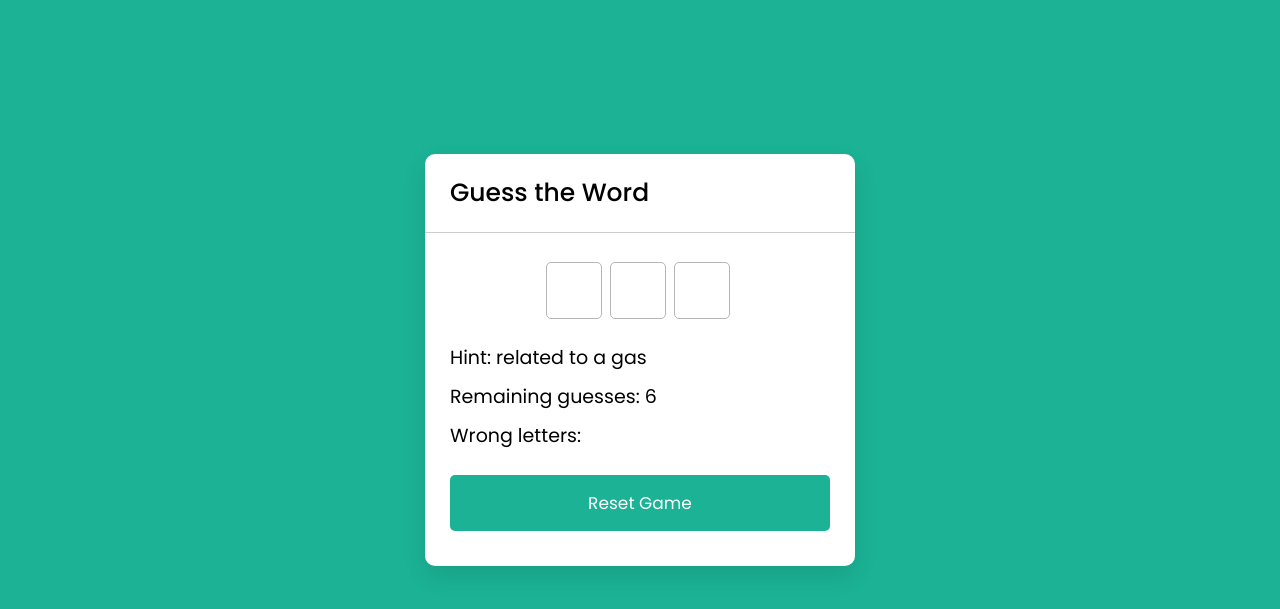
Repository: sumitkumargarssa/Word-Guessing-Game
Page: index.html
An editor plug-in stored every save of this project. The page is shown before and after the next save, followed by the edit.
The browser window is 1280 px wide. The pictures show the whole page.

Above is the page before, as saved 2024-03-13 21:10:47.

### index.html
<!DOCTYPE html>
<!-- Coding By CodingNepal - youtube.com/codingnepal -->
<html lang="en" dir="ltr">
  <head>
    <meta charset="utf-8">
    <title>Word Guessing Game JavaScript</title>
    <link rel="stylesheet" href="style.css">
    <meta name="viewport" content="width=device-width, initial-scale=1.0">
  </head>
  <body>
    <div class="wrapper">
      <h1>Guess the Word</h1>
      <div class="content">
        <input type="text" class="typing-input" maxlength="1">
        <div class="inputs"></div>
        <div class="details">
          <p class="hint">Hint: <span></span></p>
          <p class="guess-left">Remaining guesses: <span></span></p>
          <p class="wrong-letter">Wrong letters: <span></span></p>
        </div>
        <button class="reset-btn">Reset Game</button>
      </div>
    </div>

    <script src="js/words.js"></script>
    <script src="js/script.js"></script>

  </body>
</html>

### style.css
/* Import Google font - Poppins */
@import url('https://fonts.googleapis.com/css2?family=Poppins:wght@400;500;600&display=swap');
*{
  margin: 0;
  padding: 0;
  box-sizing: border-box;
  font-family: 'Poppins', sans-serif;
}
body{
  display: flex;
  padding: 0 10px;
  min-height: 100vh;
  align-items: center;
  justify-content: center;
  background: #1BB295;
}
.wrapper{
  width: 430px;
  background: #fff;
  border-radius: 10px;
  box-shadow: 0 10px 25px rgba(0,0,0,0.1);
}
.wrapper h1{
  font-size: 25px;
  font-weight: 500;
  padding: 20px 25px;
  border-bottom: 1px solid #ccc;
}
.wrapper .content{
  margin: 25px 25px 35px;
}
.content .inputs{
  display: flex;
  flex-wrap: wrap;
  justify-content: center;
}
.inputs input{
  height: 57px;
  width: 56px;
  margin: 4px;
  font-size: 24px;
  font-weight: 500;
  color: #1ba98c;
  text-align: center;
  border-radius: 5px;
  background: none;
  pointer-events: none;
  text-transform: uppercase;
  border: 1px solid #B5B5B5;
}
.typing-input {
  opacity: 0;
  z-index: -999;
  position: absolute;
  pointer-events: none;
}
.inputs input:first-child{
  margin-left: 0px;
}
.content .details{
  margin: 20px 0 25px;
}
.details p{
  font-size: 19px;
  margin-bottom: 10px;
}
.content .reset-btn{
  width: 100%;
  border: none;
  cursor: pointer;
  color: #fff;
  outline: none;
  padding: 15px 0;
  font-size: 17px;
  border-radius: 5px;
  background: #1BB295;
  transition: all 0.3s ease;
}
.content .reset-btn:hover{
  background: #18a589;
}

@media screen and (max-width: 460px) {
  .wrapper {
    width: 100%;
  }
  .wrapper h1{
    font-size: 22px;
    padding: 16px 20px;
  }
  .wrapper .content{
    margin: 25px 20px 35px;
  }
  .inputs input{
    height: 51px;
    width: 50px;
    margin: 3px;
    font-size: 22px;
  }
  .details p{
    font-size: 17px;
  }
  .content .reset-btn{
    padding: 14px 0;
    font-size: 16px;
  }
}

### js/words.js
const wordList = [
    {
        word: "python",
        hint: "programming language"
    },
    {
        word: "guitar",
        hint: "a musical instrument"
    },
    {
        word: "aim",
        hint: "a purpose or intention"
    },
    {
        word: "venus",
        hint: "planet of our solar system"
    },
    {
        word: "gold",
        hint: "a yellow precious metal"
    },
    {
        word: "ebay",
        hint: "online shopping site"
    },
    {
        word: "golang",
        hint: "programming language"
    },
    {
        word: "coding",
        hint: "related to programming"
    },
    {
        word: "matrix",
        hint: "science fiction movie"
    },
    {
        word: "bugs",
        hint: "related to programming"
    },
    {
        word: "avatar",
        hint: "epic science fiction film"
    },
    {
        word: "gif",
        hint: "a file format for image"
    },
    {
        word: "mental",
        hint: "related to the mind"
    },
    {
        word: "map",
        hint: "diagram represent of an area"
    },
    {
        word: "island",
        hint: "land surrounded by water"
    },
    {
        word: "hockey",
        hint: "a famous outdoor game"
    },
    {
        word: "chess",
        hint: "related to an indoor game"
    },
    {
        word: "viber",
        hint: "a social media app"
    },
    {
        word: "github",
        hint: "code hosting platform"
    },
    {
        word: "png",
        hint: "a image file format"
    },
    {
        word: "silver",
        hint: "precious greyish-white metal"
    },
    {
        word: "mobile",
        hint: "an electronic device"
    },
    {
        word: "gpu",
        hint: "computer component"
    },
    {
        word: "java",
        hint: "programming language"
    },
    {
        word: "google",
        hint: "famous search engine"
    },
    {
        word: "venice",
        hint: "famous city of waters"
    },
    {
        word: "excel",
        hint: "microsoft product for windows"
    },
    {
        word: "mysql",
        hint: "a relational database system"
    },
    {
        word: "nepal",
        hint: "developing country name"
    },
    {
        word: "flute",
        hint: "a musical instrument"
    },
    {
        word: "crypto",
        hint: "related to cryptocurrency"
    },
    {
        word: "tesla",
        hint: "unit of magnetic flux density"
    },
    {
        word: "mars",
        hint: "planet of our solar system"
    },
    {
        word: "proxy",
        hint: "related to server application"
    },
    {
        word: "email",
        hint: "related to exchanging message"
    },
    {
        word: "html",
        hint: "markup language for the web"
    },
    {
        word: "air",
        hint: "related to a gas"
    },
    {
        word: "idea",
        hint: "a thought or suggestion"
    },
    {
        word: "server",
        hint: "related to computer or system"
    },
    {
        word: "svg",
        hint: "a vector image format"
    },
    {
        word: "jpeg",
        hint: "a image file format"
    },
    {
        word: "search",
        hint: "act to find something"
    },
    {
        word: "key",
        hint: "small piece of metal"
    },
    {
        word: "egypt",
        hint: "a country name"
    },
    {
        word: "joker",
        hint: "psychological thriller film"
    },
    {
        word: "dubai",
        hint: "developed country name"
    },
    {
        word: "photo",
        hint: "representation of person or scene"
    },
    {
        word: "nile",
        hint: "largest river in the world"
    },
    {
        word: "rain",
        hint: "related to a water"
    },
]

### js/script.js
const inputs = document.querySelector(".inputs"),
hintTag = document.querySelector(".hint span"),
guessLeft = document.querySelector(".guess-left span"),
wrongLetter = document.querySelector(".wrong-letter span"),
resetBtn = document.querySelector(".reset-btn"),
typingInput = document.querySelector(".typing-input");

let word, maxGuesses, incorrectLetters = [], correctLetters = [];

function randomWord() {
    let ranItem = wordList[Math.floor(Math.random() * wordList.length)];
    word = ranItem.word;
    maxGuesses = word.length >= 5 ? 8 : 6;
    correctLetters = []; incorrectLetters = [];
    hintTag.innerText = ranItem.hint;
    guessLeft.innerText = maxGuesses;
    wrongLetter.innerText = incorrectLetters;

    let html = "";
    for (let i = 0; i < word.length; i++) {
        html += `<input type="text" disabled>`;
        inputs.innerHTML = html;
    }
}
randomWord();

function initGame(e) {
    let key = e.target.value.toLowerCase();
    if(key.match(/^[A-Za-z]+$/) && !incorrectLetters.includes(` ${key}`) && !correctLetters.includes(key)) {
        if(word.includes(key)) {
            for (let i = 0; i < word.length; i++) {
                if(word[i] == key) {
                    correctLetters += key;
                    inputs.querySelectorAll("input")[i].value = key;
                }
            }
        } else {
            maxGuesses--;
            incorrectLetters.push(` ${key}`);
        }
        guessLeft.innerText = maxGuesses;
        wrongLetter.innerText = incorrectLetters;
    }
    typingInput.value = "";

    setTimeout(() => {
        if(correctLetters.length === word.length) {
            alert(`Congrats! You found the word ${word.toUpperCase()}`);
            return randomWord();
        } else if(maxGuesses < 1) {
            alert("Game over! You don't have remaining guesses");
            for(let i = 0; i < word.length; i++) {
                inputs.querySelectorAll("input")[i].value = word[i];
            }
        }
    }, 100);
}

resetBtn.addEventListener("click", randomWord);
typingInput.addEventListener("input", initGame);
inputs.addEventListener("click", () => typingInput.focus());
document.addEventListener("keydown", () => typingInput.focus());

After the next save:
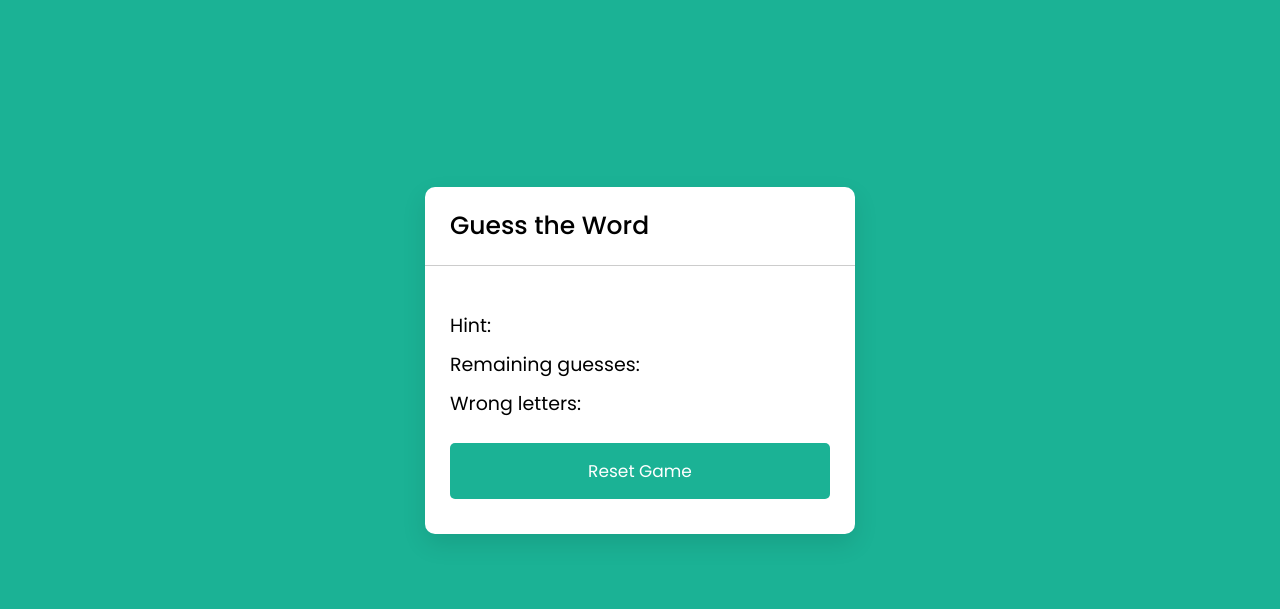
Saved 63 s later.
--- a/index.html
+++ b/index.html
@@ -22,8 +22,8 @@
       </div>
     </div>
 
-    <script src="js/words.js"></script>
-    <script src="js/script.js"></script>
+    <!-- <script src="js/words.js"></script>
+    <script src="js/script.js"></script> -->
 
   </body>
 </html>
